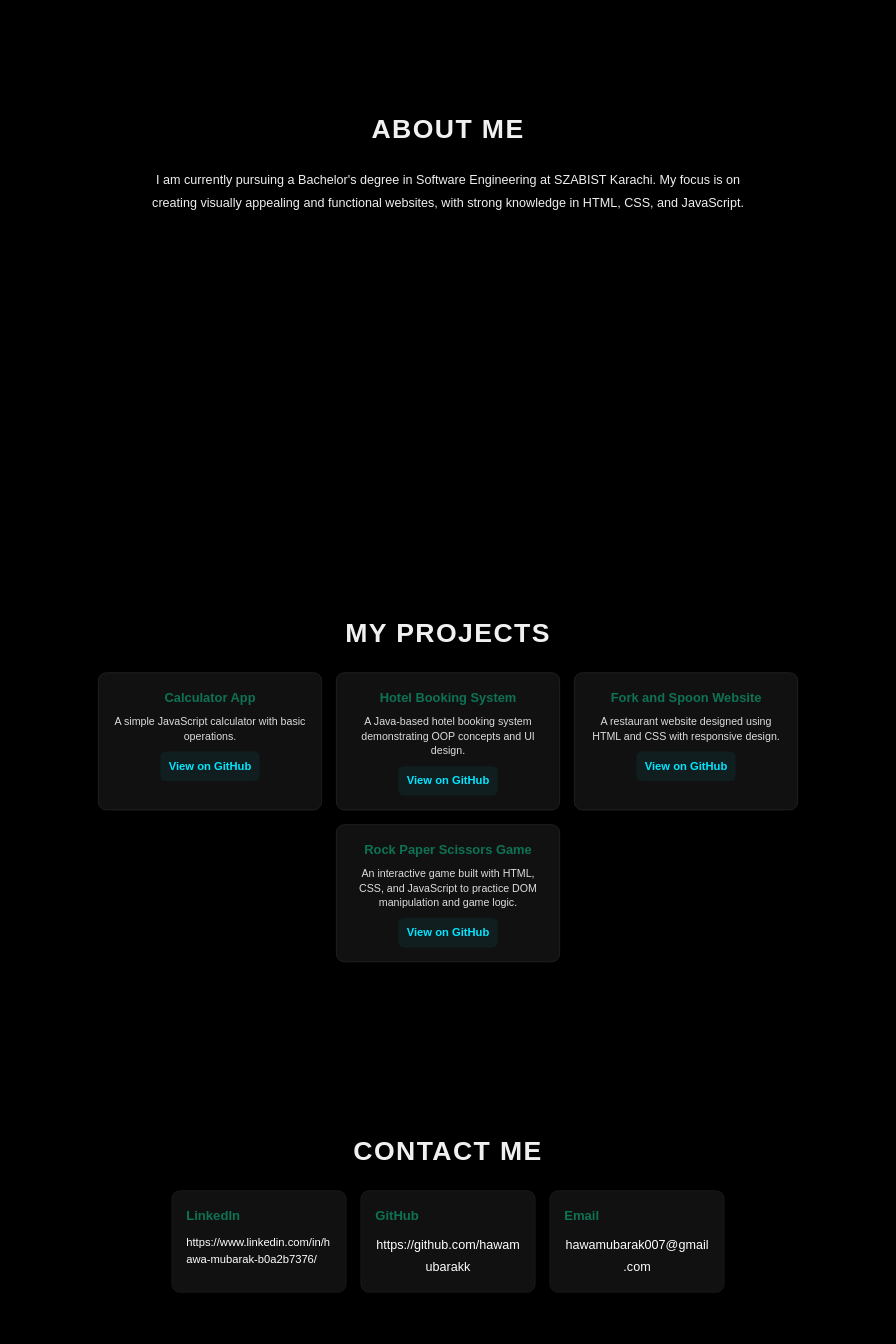
Repository: hawamubarakk/my-portfolio
Page: index.html
The author's editor kept a copy of each file at every save. The page is drawn from the files as they stood at one save, then again after the next save.
The browser window is 1280 px wide. The pictures show the part of the page from y = 751 to 2671 px (the page is 2966 px tall before and 3063 px after), at 70% of full size.

Above is the page before, as saved 2025-08-12 18:13:33.

### index.html
<!DOCTYPE html>
<html lang="en">
<head>
    <meta charset="UTF-8">
    <meta name="viewport" content="width=device-width, initial-scale=1.0">
    <title>Hawa Mubarak - Portfolio</title>
    <link rel="stylesheet" href="css/style.css">
</head>
<body>
    <!-- Navbar -->
    <header>
        <nav>
            <ul class="navbar">
                <li><a href="#home">Home</a></li>
                <li><a href="#about">About</a></li>
                <li><a href="#projects">Projects</a></li>
                <li><a href="#contact">Contact</a></li>
            </ul>
        </nav>
    </header>

    <!-- Hero Section -->
    <section id="home" class="hero">
        <div class="hero-content">
            <h1>Welcome to My Portfolio</h1>
            <p>Hi, I'm <span>Hawa Mubarak</span> — a Software Engineering Student passionate about Front-End Development and modern web design.</p>
        </div>
    </section>

    <!-- About Section -->
    <section id="about" class="section">
        <h2>About Me</h2>
        <p>I am currently pursuing a Bachelor's degree in Software Engineering at SZABIST Karachi. My focus is on creating visually appealing and functional websites, with strong knowledge in HTML, CSS, and JavaScript.</p>
    </section>

    <!-- Projects Section -->
    <section id="projects" class="section">
        <h2 class="projects-heading">My Projects</h2>

        <div class="projects-grid">
          <div class="project">
            <h3>Calculator App</h3>
            <p>A simple JavaScript calculator with basic operations.</p>
            <a href="https://github.com/hawamubarakk/Calculator" target="_blank" rel="noopener">View on GitHub</a>
          </div>

          <div class="project">
            <h3>Hotel Booking System</h3>
            <p>A Java-based hotel booking system demonstrating OOP concepts and UI design.</p>
            <a href="https://github.com/hawamubarakk/HotelBooking-System" target="_blank" rel="noopener">View on GitHub</a>
          </div>

          <div class="project">
            <h3>Fork and Spoon Website</h3>
            <p>A restaurant website designed using HTML and CSS with responsive design.</p>
            <a href="https://github.com/hawamubarakk/fork-and-spoon" target="_blank" rel="noopener">View on GitHub</a>
          </div>

          <div class="project">
            <h3>Rock Paper Scissors Game</h3>
            <p>An interactive game built with HTML, CSS, and JavaScript to practice DOM manipulation and game logic.</p>
            <a href="https://github.com/hawamubarakk/rock-paper-scissors" target="_blank" rel="noopener">View on GitHub</a>
          </div>
        </div>
      </section>

    <!-- Contact Section -->
    <section id="contact" class="section contact-section">
        <h2>Contact Me</h2>
        <div class="contact-boxes">
            <div class="contact-box">
                <h3>LinkedIn</h3>
                <a href="https://www.linkedin.com/in/hawa-mubarak-b0a2b7376/" target="_blank" rel="noopener">https://www.linkedin.com/in/hawa-mubarak-b0a2b7376/</a>
            </div>
            <div class="contact-box">
                <h3>GitHub</h3>
                <p><a href="https://github.com/hawamubarakk" target="_blank" rel="noopener">https://github.com/hawamubarakk</a></p>
            </div>
            <div class="contact-box">
                <h3>Email</h3>
                <p><a href="mailto:hawamubarak007@gmail.com">hawamubarak007@gmail.com</a></p>
            </div>
        </div>
    </section>

</body>
</html>

### css/style.css
/* General Reset */
* {
    margin: 0;
    padding: 0;
    box-sizing: border-box;
}

body {
    font-family: Arial, sans-serif;
    background-color: black;
    color: white;
    line-height: 1.6;
}

/* Navbar */
header {
    background: linear-gradient(90deg, #0d7354, #11997a);
    position: sticky;
    top: 0;
    z-index: 1000;
    box-shadow: 0 2px 6px rgba(0, 0, 0, 0.4);
}

.navbar {
    display: flex;
    justify-content: center;
    gap: 50px;
    list-style: none;
    padding: 18px 0;
}

.navbar li a {
    color: #f0f0f0;
    font-size: 19px;
    font-weight: bold;
    text-decoration: none;
    padding: 10px 18px;
    border-radius: 6px;
    transition: all 0.3s ease;
}

.navbar li a:hover {
    background-color: white;
    color: #0d7354;
}

/* Hero Section */
.hero {
    height: 100vh;
    background: linear-gradient(rgba(0,0,0,0.7), rgba(0,0,0,0.7)), center/cover no-repeat;
    display: flex;
    justify-content: center;
    align-items: center;
    text-align: center;
    padding: 20px;
}

.hero h1 {
    font-size: 52px;
    margin-bottom: 20px;
}

.hero p {
    font-size: 21px;
}

.hero span {
    color: #0d7354;
}

/* Section Styling */
.section {
    padding: 120px 20px; /* zyada space for bigger look */
    min-height: 100vh;
    background-color: #000;
    color: #f0f0f0;
}

.section h2 {
    font-size: 38px;
    margin-bottom: 25px;
    text-align: center;
    text-transform: uppercase;
    letter-spacing: 2px;
}

.section p {
    font-size: 18px;
    line-height: 1.8;
    max-width: 850px;
    margin: auto;
    text-align: center;
}

/* Contact & Project Boxes */
.contact-boxes, .project-boxes {
    display: flex;
    justify-content: center;
    gap: 20px;
    flex-wrap: wrap;
    margin-top: 20px;
}

.contact-box, .project-box {
    background: #111;
    padding: 20px;
    width: 250px;
    border-radius: 12px;
    border: 1px solid #1f1f1f;
    transition: transform 0.3s ease, background 0.3s ease;
}

.contact-box h3, .project-box h3 {
    margin-bottom: 10px;
    color: #0d7354;
}

.contact-box a, .project-box a {
    color: white;
    text-decoration: none;
    display: block;
    word-wrap: break-word;
}

.contact-box a:hover, .project-box a:hover {
    color: #0d7354;
}

/* Projects Grid */
.projects-grid {
    display: flex;
    flex-wrap: wrap;
    gap: 20px;
    justify-content: center;
    margin-top: 20px;
}

.project {
    background: #111;
    border: 1px solid #2a2a2a;
    width: 320px;
    padding: 20px;
    border-radius: 12px;
    box-shadow: 0 6px 18px rgba(0,0,0,0.6);
    transition: transform 0.25s ease, box-shadow 0.25s ease, background 0.25s ease;
    text-align: center;
}

.project:hover {
    transform: translateY(-8px);
    box-shadow: 0 18px 40px rgba(0,0,0,0.7);
    background: linear-gradient(180deg, #111, #1b1b1b);
}

.project h3 {
    margin: 0 0 8px 0;
    color: #0d7354;
    font-size: 1.15rem;
}

.project p {
    margin: 0 0 12px 0;
    color: #ddd;
    font-size: 0.95rem;
    line-height: 1.4;
}
.projects-heading {
    margin-bottom: 40px; /* Zyada space */
}

#projects h1 {
    margin-bottom: 30px; /* neeche ka gap */
}

.project a {
    display: inline-block;
    color: #00e6ff;
    text-decoration: none;
    font-weight: 600;
    word-break: break-word;
    padding: 8px 12px;
    border-radius: 8px;
    background: rgba(0,230,255,0.06);
    transition: background 0.18s ease, color 0.18s ease;
}

.project a:hover {
    background: #00e6ff;
    color: #000;
}

@media (max-width: 720px) {
    .project {
        width: 90%;
    }
}

After the next save:
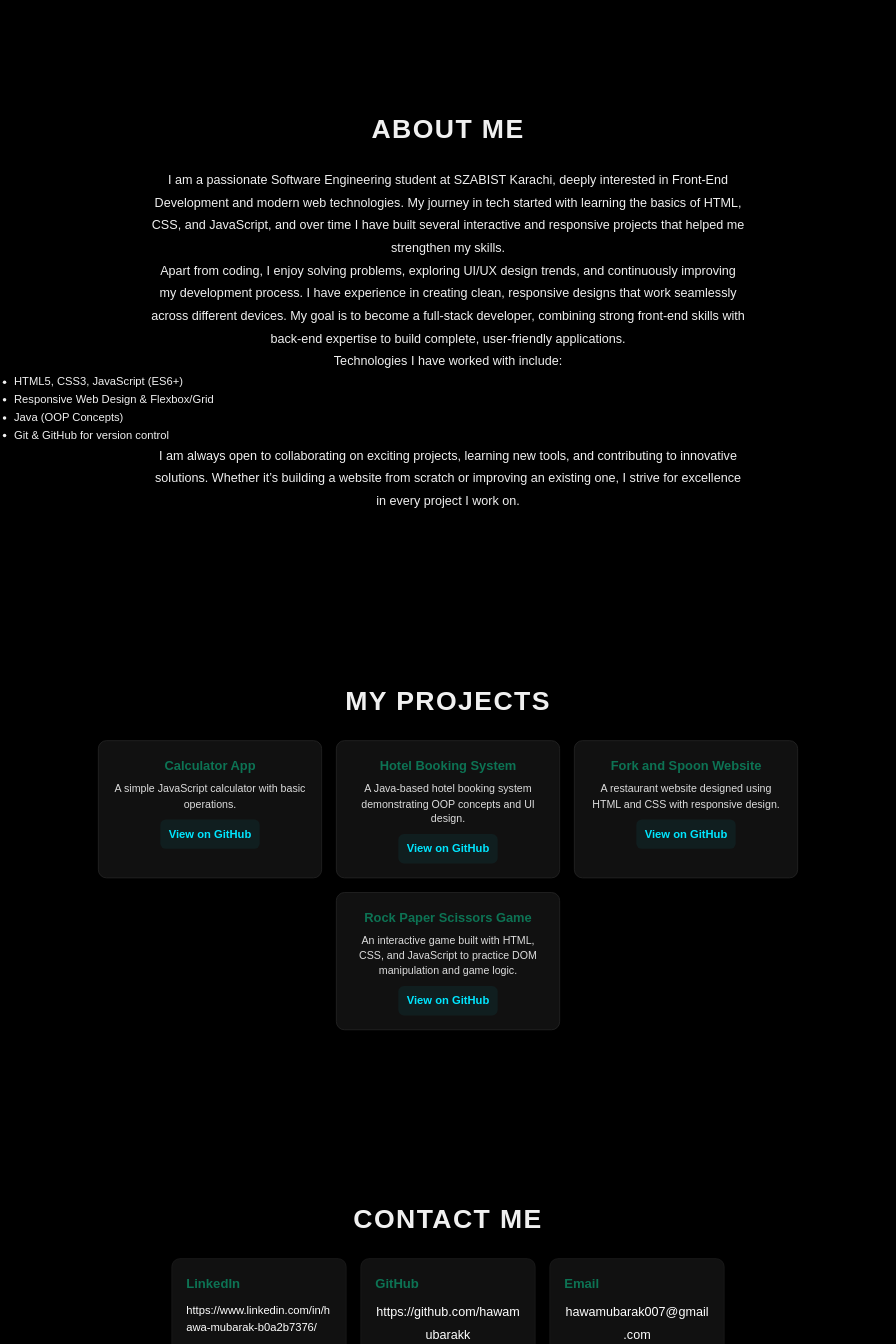
Saved 112 s later.
--- a/index.html
+++ b/index.html
@@ -30,7 +30,29 @@
     <!-- About Section -->
     <section id="about" class="section">
         <h2>About Me</h2>
-        <p>I am currently pursuing a Bachelor's degree in Software Engineering at SZABIST Karachi. My focus is on creating visually appealing and functional websites, with strong knowledge in HTML, CSS, and JavaScript.</p>
+        <p>
+            I am a passionate Software Engineering student at SZABIST Karachi, deeply interested in Front-End Development and modern web technologies.
+            My journey in tech started with learning the basics of HTML, CSS, and JavaScript, and over time I have built several interactive and responsive projects
+            that helped me strengthen my skills.
+        </p>
+        <p>
+            Apart from coding, I enjoy solving problems, exploring UI/UX design trends, and continuously improving my development process.
+            I have experience in creating clean, responsive designs that work seamlessly across different devices.
+            My goal is to become a full-stack developer, combining strong front-end skills with back-end expertise to build complete, user-friendly applications.
+        </p>
+        <p>
+            Technologies I have worked with include:
+            <ul>
+                <li>HTML5, CSS3, JavaScript (ES6+)</li>
+                <li>Responsive Web Design & Flexbox/Grid</li>
+                <li>Java (OOP Concepts)</li>
+                <li>Git & GitHub for version control</li>
+            </ul>
+        </p>
+        <p>
+            I am always open to collaborating on exciting projects, learning new tools, and contributing to innovative solutions.
+            Whether it’s building a website from scratch or improving an existing one, I strive for excellence in every project I work on.
+        </p>
     </section>
 
     <!-- Projects Section -->
